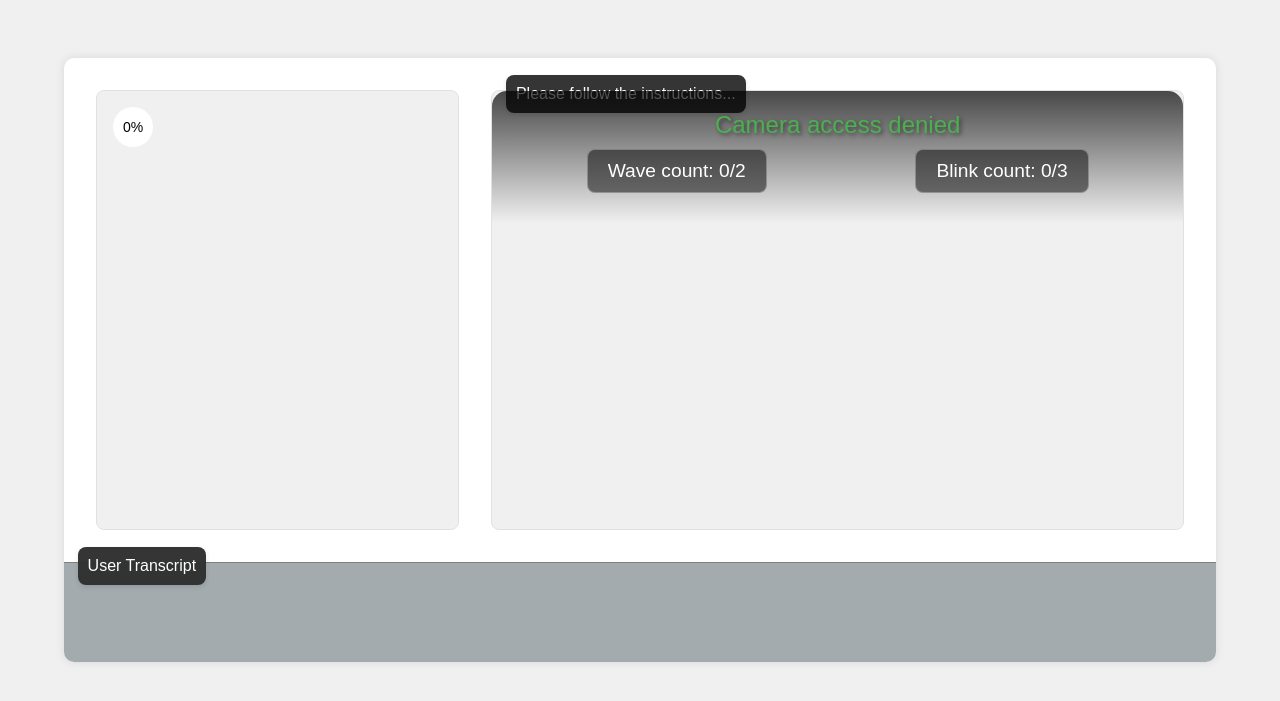
Repository: Ayaanns/E-kyc-BE-project
Page: http://localhost/
These files come from the project's save history. The page is drawn as it stood at one moment and after the next save; the edit follows.
The browser window is 1280 px wide. The pictures show the whole page.
The page is served by the project's application, run on Django 4.2 (manage.py). A made-up administrator, testuser (Test User, test@example.com), is signed in. Other server files are loaded and not shown.

Above is the page before, as saved 2025-03-02 02:14:07.

### templates/home.html
<!DOCTYPE html>
<html lang="en">
<head>
    {% load static %}
    <meta charset="UTF-8">
    <meta name="viewport" content="width=device-width, initial-scale=1.0">
    <link rel="stylesheet" href="{% static 'styles.css' %}">
    <style>
        .webcam-feed {
            position: relative;
            width: 100%;
            height: auto;
        }

        .webcam-feed video {
            width: 100%;
            height: auto;
            border-radius: 15px;
            object-fit: cover;
        }

        /* Overlay container for status indicators */
        .status-overlay {
            position: absolute;
            top: 0;
            left: 0;
            right: 0;
            z-index: 10;
            padding: 20px;
            background: linear-gradient(to bottom, rgba(0,0,0,0.7) 0%, transparent 100%);
            border-radius: 15px 15px 0 0;
        }

        .status-indicators {
            display: flex;
            justify-content: space-around;
            margin: 10px 0;
            font-size: 1.2em;
        }

        .status-box {
            background: rgba(0,0,0,0.5);
            padding: 10px 20px;
            border-radius: 8px;
            text-align: center;
            color: white;
            border: 1px solid rgba(255,255,255,0.3);
        }

        .verification-message {
            font-size: 1.5em;
            color: #4caf50;
            text-align: center;
            margin: 0 0 10px 0;
            text-shadow: 2px 2px 4px rgba(0,0,0,0.5);
        }

        .questions {
            position: absolute;
            /* bottom: 20px; */
            /* left: 0;
            right: 0; */
            text-align: center;
            color: white;
            background: rgba(48, 48, 48, 0.973);
            padding: 10px;
            margin: 0 20px;
            border-radius: 8px;
        }
    </style>
</head>
<body>
    <div class="container">
        <div class="content">
            <div class="result-feed">
                <div class="completion-circle" id="completion-circle">0%</div>
            </div>
            <div class="webcam-feed">
                <video id="webcam" autoplay></video>
                <div class="status-overlay">
                    <div class="verification-message" id="messageText">Starting verification...</div>
                    <div class="status-indicators">
                        <div class="status-box">
                            Wave count: <span id="waveCount">0</span>/2
                        </div>
                        <div class="status-box">
                            Blink count: <span id="blinkCount">0</span>/3
                        </div>
                    </div>
                </div>
                <canvas id="canvasElement" style="display:none;"></canvas>
                <div class="questions" id="questions">Please follow the instructions...</div>
            </div>
        </div>
        <div class="transcript-section">
            <span class="questions">User Transcript</span>
            <p id="transcript"></p>
        </div>
    </div>

    <script>
        // Existing initialization code
        const video = document.getElementById('webcam');
        const canvas = document.getElementById('canvasElement');
        const ctx = canvas.getContext('2d');
        let verificationComplete = false;

        // Initialize webcam with human verification
        async function initCamera() {
            try {
                const stream = await navigator.mediaDevices.getUserMedia({ video: true });
                video.srcObject = stream;
                startVerificationProcess();
            } catch (err) {
                console.error("Error accessing camera:", err);
                document.getElementById('messageText').textContent = "Camera access denied";
            }
        }

        // Process frames for verification
        function processFrame() {
            if (verificationComplete) return;

            if (video.readyState === video.HAVE_ENOUGH_DATA) {
                canvas.width = video.videoWidth;
                canvas.height = video.videoHeight;
                ctx.drawImage(video, 0, 0);

                const frameData = canvas.toDataURL('image/jpeg');

                // Update the fetch URL to match the Django URL pattern
                fetch('{% url "process_frame" %}', {
                    method: 'POST',
                    headers: {
                        'Content-Type': 'application/json',
                        'X-CSRFToken': getCookie('csrftoken')
                    },
                    body: JSON.stringify({
                        frame: frameData
                    })
                })
                .then(response => response.json())
                .then(data => {
                    updateVerificationUI(data);
                    if (!data.phase_complete) {
                        requestAnimationFrame(processFrame);
                    }
                })
                .catch(err => {
                    console.error("Error:", err);
                    requestAnimationFrame(processFrame);
                });
            } else {
                requestAnimationFrame(processFrame);
            }
        }

        // Update UI with verification status
        function updateVerificationUI(data) {
            document.getElementById('messageText').textContent = data.message;
            document.getElementById('waveCount').textContent = data.wave_count;
            document.getElementById('blinkCount').textContent = data.blink_count;

            // Calculate completion percentage
            const totalSteps = 5; // 2 waves + 3 blinks
            const completedSteps = data.wave_count + data.blink_count;
            const percentage = Math.round((completedSteps / totalSteps) * 100);
            updateProgressCircle(percentage);

            if (data.phase_complete) {
                verificationComplete = true;
                startNLPProcess();
            }
        }

        // Existing helper functions
        function updateProgressCircle(percentage) {
            const circle = document.getElementById('completion-circle');
            circle.textContent = percentage + '%';
            circle.style.background = `conic-gradient(#4caf50 ${percentage * 3.6}deg, #ddd ${percentage * 3.6}deg)`;
        }

        function updateTranscript(data) {
            const transcript = document.getElementById('transcript');
            transcript.textContent = `First Name: ${data.first_name}, Last Name: ${data.last_name}, Age: ${data.age}, Phone: ${data.phone}`;
        }

        function askQuestion(question) {
            const questionsDiv = document.getElementById('questions');
            questionsDiv.textContent = question;
        }

        function startVerificationProcess() {
            document.getElementById('messageText').textContent = "Wave your hand to begin";
            processFrame();
        }

        // Modified startNLPProcess
        function startNLPProcess() {
            document.getElementById('messageText').textContent = "Verification complete! Starting voice recognition...";
            fetch('/nlp_process/')
                .then(response => response.json())
                .then(data => {
                    if (data.status === 'success') {
                        updateTranscript(data);
                        askQuestion("NLP process complete.");
                    } else {
                        askQuestion("NLP process failed.");
                    }
                })
                .catch(error => console.error('Error:', error));
        }

        // Get CSRF token
        function getCookie(name) {
            let cookieValue = null;
            if (document.cookie && document.cookie !== '') {
                const cookies = document.cookie.split(';');
                for (let i = 0; i < cookies.length; i++) {
                    const cookie = cookies[i].trim();
                    if (cookie.substring(0, name.length + 1) === (name + '=')) {
                        cookieValue = decodeURIComponent(cookie.substring(name.length + 1));
                        break;
                    }
                }
            }
            return cookieValue;
        }

        // Start the process
        document.addEventListener('DOMContentLoaded', (event) => {
            initCamera();
        });
    </script>
</body>
</html>

### ekyc/models.py
from django.db import models
from django.contrib.auth.models import AbstractBaseUser, PermissionsMixin, BaseUserManager
from django.utils import timezone
import random

class CustomUserManager(BaseUserManager):
    def create_user(self, email, username, password=None, **extra_fields):
        if not email:
            raise ValueError("The Email field must be set")
        email = self.normalize_email(email)
        user = self.model(email=email, username=username, **extra_fields)
        user.set_password(password)
        user.save(using=self._db)
        return user

    def create_superuser(self, email, username, password=None, **extra_fields):
        #extra_fields.setdefault('is_staff', True)
        extra_fields.setdefault('is_superuser', True)

        # if not extra_fields.get('is_staff'):
        #     raise ValueError("Superuser must have is_staff=True.")
        if not extra_fields.get('is_superuser'):
            raise ValueError("Superuser must have is_superuser=True.")

        return self.create_user(email, username, password, **extra_fields)

class CustomUser(AbstractBaseUser, PermissionsMixin):
    email = models.EmailField(unique=True)
    username = models.CharField(max_length=150, unique=True)
    is_active = models.BooleanField(default=True)
    pin = models.CharField(max_length=6)
    created_at = models.DateTimeField(auto_now_add=True)
    expires_at = models.DateTimeField(default=timezone.now)
    is_verified = models.BooleanField(default=True)

    objects = CustomUserManager()

    USERNAME_FIELD = 'email'
    REQUIRED_FIELDS = ['username']

    def __str__(self):
        return self.email


    def generate_pin(self):
        self.pin = str(random.randint(100000, 999999))
        self.expires_at = timezone.now() + timezone.timedelta(minutes=2)
        self.save()
        return self.pin

    def verify_pin(self, entered_pin):
        if timezone.now() > self.expires_at:
            return False, "PIN has Expired!"

        if self.pin != entered_pin:
            return False, "Incorrect PIN!"

        self.is_verified = True
        self.save()
        return True, "Email Successfully Verified!"


#models for sending the code and receving the code.
# class SendCode(models.Model): #for sending the code
#     email = models.OneToOneField(CustomUser, null=True, on_delete=models.CASCADE)
#     send_code = models.CharField(max_length=20)
#
#     def __str__(self):
#         return self.send_code
#
# class ReceivedCode(models.Model): #for sending the code
#     email = models.OneToOneField(CustomUser, null=True, on_delete=models.CASCADE)
#     receive_code = models.CharField(max_length=20)
#
#     def __str__(self):
#         return self.receive_code

# Create your models here.
class KYCSession(models.Model):
    name = models.CharField(max_length=100)
    birth_date = models.DateField()
    id_card_image = models.ImageField(upload_to='id_cards/')
    liveness_score = models.FloatField()
    result = models.TextField()
    created_at = models.DateTimeField(auto_now_add=True)

    def __str__(self):
        return self.name

### ekyc/views.py
from django.shortcuts import render, redirect
from django.urls import reverse_lazy
from django.contrib.auth.decorators import login_required
from django.contrib.auth import login, authenticate, get_user_model
from django.contrib.messages.views import SuccessMessageMixin
from django.contrib.auth.views import LoginView
from django.contrib import messages
from django.core.mail import send_mail
from django.conf import settings
from django.http import JsonResponse
from django.views.decorators.csrf import csrf_exempt
import numpy as np
import cv2
import json
import base64

import threading

from .forms import CustomUserCreationForm, CustomAuthenticationForm, PinVerificationForm
from ekyc import logger
from .models import CustomUser
from .HumanV import HumanVerificationSystem
from .NLP import UserInfo, get_user_info
from .OCR import capture_image_with_guide, extract_text_with_confidence, extract_aadhar_details

User = get_user_model()

def send_verification_email(user):
    subject = "Email Verification PIN"
    message = f"""
    Hello {user.username},

    Your email verification PIN is: {user.pin}

    This PIN will expire in 24 hours.

    Thank you,
    Your Website Team
    """
    from_email = settings.DEFAULT_FROM_EMAIL
    recipient_list = [user.email]

    send_mail(subject, message, from_email, recipient_list)

@login_required
def ekyc_home(request):
    return render(request, 'home.html')

def signup_view(request):
    logger.info("into the signup page view")
    if request.method == 'POST':
        form = CustomUserCreationForm(request.POST)
        if form.is_valid():
            user = form.save(commit=False)
            user.is_active = True  # User needs to be active to log in
            user.is_verified = False  # But not verified yet
            user.generate_pin()
            user.save()

            # Send verification email
            send_verification_email(user)

            # Log in the user after signup
            raw_password = form.cleaned_data.get('password1')
            user = authenticate(email=user.email, password=raw_password)
            if user is not None:
                login(request, user)
                messages.success(request, f"Verification PIN sent to {user.email}.")
                return redirect('verify_pin')
    else:
        form = CustomUserCreationForm()
    return render(request, 'signup.html', {'form': form})

@login_required
def verify_pin(request):
    user = request.user

    if user.is_verified:
        messages.info(request, "Your email is already verified.")
        return redirect("ekyc_home")

    if request.method == "POST":
        form = PinVerificationForm(request.POST)
        if form.is_valid():
            entered_pin = form.cleaned_data.get('pin')
            success, message = user.verify_pin(entered_pin)

            if success:
                user.is_verified = True
                user.save()
                messages.success(request, message)
                return redirect('ekyc_home')
            else:
                messages.error(request, message)
    else:
        form = PinVerificationForm()

    return render(request, 'signup.html', {'form': form})

class Login(SuccessMessageMixin, LoginView):
    template_name = 'login.html'
    success_url = reverse_lazy('ekyc_home')
    success_message = "Successfully logged in!"
    form_class = CustomAuthenticationForm

    def get_success_url(self):
        return self.success_url

    def form_valid(self, form):
        """Security check complete. Log the user in."""
        user = form.get_user()
        if not user.is_verified:
            messages.error(self.request, "Please verify your email before logging in.")
            login(self.request, user)
            return redirect('verify_pin')
        return super().form_valid(form)

#--MAIN FEATURS HERE ---------------------------------
@login_required
def process_video(request):
    logger.info("INTO THE process_video PAGE RIGHT NOW!")
    if request.method == "POST":
        video_feed = request.FILES.get('video')
        liveness_score = 0.95
        return JsonResponse({'liveness_score': liveness_score})
    return JsonResponse({'error': 'invalide request'})


@login_required
def process_id_card(request):
    logger.info("INTO THE process_id_card PAGE RIGHT NOW!")
    if request.method == "POST":
        id_image = request.FILES.get('id_image')
        result = "Valid ID"
        return JsonResponse({'result': result})
    return JsonResponse({'error': 'invalide request'})

def home(request):
    return render(request, 'home.html')

@login_required
def human_verification(request):
    """Handle both GET (initial page load) and POST (frame processing) requests"""
    if request.method == 'GET':
        return render(request, 'human_verification.html')

    elif request.method == 'POST':
        try:
            data = json.loads(request.body)
            frame_data = data.get('frame')

            if not frame_data:
                return JsonResponse({
                    'status': 'error',
                    'message': 'No frame data provided'
                })

            # Process the frame using verifier
            frame_bytes = base64.b64decode(frame_data.split(',')[1])
            frame_arr = np.frombuffer(frame_bytes, np.uint8)
            frame = cv2.imdecode(frame_arr, cv2.IMREAD_COLOR)

            result = verifier.verify_frame(frame)
            return JsonResponse(result)

        except Exception as e:
            logger.error(f"Error in human verification: {str(e)}")
            return JsonResponse({
                'status': 'error',
                'message': str(e)
            })

    return JsonResponse({
        'status': 'error',
        'message': 'Invalid request method'
    })

def nlp_process(request):
    user_info = UserInfo()
    stop_event = threading.Event()
    info_thread = threading.Thread(target=get_user_info, args=(stop_event, user_info))
    info_thread.start()
    info_thread.join()
    return JsonResponse({
        'status': 'success',
        'first_name': user_info.first_name,
        'last_name': user_info.last_name,
        'age': user_info.age,
        'phone': user_info.phone
    })

def ocr_process(request):
    image_path = capture_image_with_guide()
    if not image_path:
        return JsonResponse({'status': 'failure', 'message': 'Image capture failed.'})

    text_results = extract_text_with_confidence(image_path)
    if not text_results:
        return JsonResponse({'status': 'failure', 'message': 'No text could be extracted from the image.'})

    details = extract_aadhar_details(text_results)
    return JsonResponse(details)

verifier = HumanVerificationSystem()

@csrf_exempt
def process_frame(request):
    if request.method != 'POST':
        return JsonResponse({'error': 'Only POST requests are allowed'})

    try:
        data = json.loads(request.body)
        frame_data = data.get('frame')

        if not frame_data:
            return JsonResponse({'error': 'No frame data provided'})

        # Convert base64 to frame
        frame_bytes = base64.b64decode(frame_data.split(',')[1])
        frame_arr = np.frombuffer(frame_bytes, np.uint8)
        frame = cv2.imdecode(frame_arr, cv2.IMREAD_COLOR)

        # Process frame
        result = verifier.verify_frame(frame)
        return JsonResponse(result)

    except Exception as e:
        return JsonResponse({'error': str(e)})

@csrf_exempt
def capture_photo(request):
    if request.method != 'POST':
        return JsonResponse({'error': 'Only POST requests are allowed'})

    try:
        data = json.loads(request.body)
        frame_data = data.get('frame')

        if not frame_data:
            return JsonResponse({'error': 'No frame data provided'})

        # Convert base64 to frame
        frame_bytes = base64.b64decode(frame_data.split(',')[1])
        frame_arr = np.frombuffer(frame_bytes, np.uint8)
        frame = cv2.imdecode(frame_arr, cv2.IMREAD_COLOR)

        # Save photo
        filename = verifier.save_photo(frame)
        if filename:
            return JsonResponse({'success': True, 'filename': filename})
        else:
            return JsonResponse({'error': 'Failed to save photo'})

    except Exception as e:
        return JsonResponse({'error': str(e)})

### ekyc_project/urls.py
"""
URL configuration for ekyc_project project.

The `urlpatterns` list routes URLs to views. For more information please see:
    https://docs.djangoproject.com/en/4.2/topics/http/urls/
Examples:
Function views
    1. Add an import:  from my_app import views
    2. Add a URL to urlpatterns:  path('', views.home, name='home')
Class-based views
    1. Add an import:  from other_app.views import Home
    2. Add a URL to urlpatterns:  path('', Home.as_view(), name='home')
Including another URLconf
    1. Import the include() function: from django.urls import include, path
    2. Add a URL to urlpatterns:  path('blog/', include('blog.urls'))
"""

from django.contrib import admin
from django.urls import path, include

urlpatterns = [
    path("admin/", admin.site.urls),
    path('', include('ekyc.urls')),  # Include ekyc app URLs
]

### ekyc/urls.py
from django.urls import path
from . import views

urlpatterns = [
    path('', views.ekyc_home, name="ekyc_home"),
    path('process_video/', views.process_video, name="process_video"),
    path('process_id_card/', views.process_id_card, name="process_id_card"),
    path('human_verification/', views.human_verification, name='human_verification'),
    path('nlp_process/', views.nlp_process, name='nlp_process'),
    path('ocr_process/', views.ocr_process, name='ocr_process'),
    path('process_frame/', views.process_frame, name='process_frame'),
    path('capture_photo/', views.capture_photo, name='capture_photo'),

    #login related routes
    path('login/', views.Login.as_view(), name="login"),
    path('signup/', views.signup_view, name="signup"),
    path('verify/', views.verify_pin, name="verify_pin"),
]

### ekyc/static/styles.css
* {
    margin: 0;
    padding: 0;
    box-sizing: border-box;
}

body {
    font-family: Arial, sans-serif;
    background-color: #f0f0f0;
    height: 100vh;
    display: flex;
    justify-content: center;
    align-items: center;
}

.container {
    width: 90%;
    max-width: 1200px;
    background: white;
    border-radius: 10px;
    box-shadow: 0 0 10px rgba(0,0,0,0.1);
    overflow: hidden;
}

.navbar {
    background: #f8f9fa;
    padding: 1rem;
    border-bottom: 1px solid #dee2e6;
}

.content {
    display: flex;
    padding: 2rem;
    gap: 2rem;
    height: 70vh;
}

.webcam-feed {
    flex: 2;
    background: #f0f0f0;
    border-radius: 8px;
    padding: 1rem;
    position: relative;
    border: 1px solid#dee2e6;
}

.result-feed {
    flex: 1;
    background: #f0f0f0;
    border-radius: 8px;
    padding: 1rem;
    border: 1px solid#dee2e6;
}

.questions {
    top: -1em;
    left: -.4em;
    position: absolute;
    background: white;
    padding: 0.5rem 1rem;
    border-radius: 20px;
    box-shadow: 0 2px 5px rgba(0,0,0,0.1);
}

.transcript-section {
    border-top: 1px solid gray;
    position: relative;
    text-align: left;
    background-color:#a3abaf;
    padding: 2em;
    height: 100px;
}

.completion-circle {
    right: 20px;
    bottom: 20px;
    width: 40px;
    height: 40px;
    border-radius: 50%;
    background: white;
    display: flex;
    align-items: center;
    justify-content: center;
    font-size: 14px;
}

/* Placeholder circles for demo */
/*
.circle {
    width: 100px;
    height: 100px;
    border-radius: 50%;
    border: 2px solid #dee2e6;
    margin: 20px auto;
}

.eye-shape {
    width: 200px;
    height: 100px;
    border-radius: 0 0 100px 100px;
    border: 2px solid #dee2e6;
    margin: 20px auto;
    transform: rotate(180deg);
}
*/

After the next save:
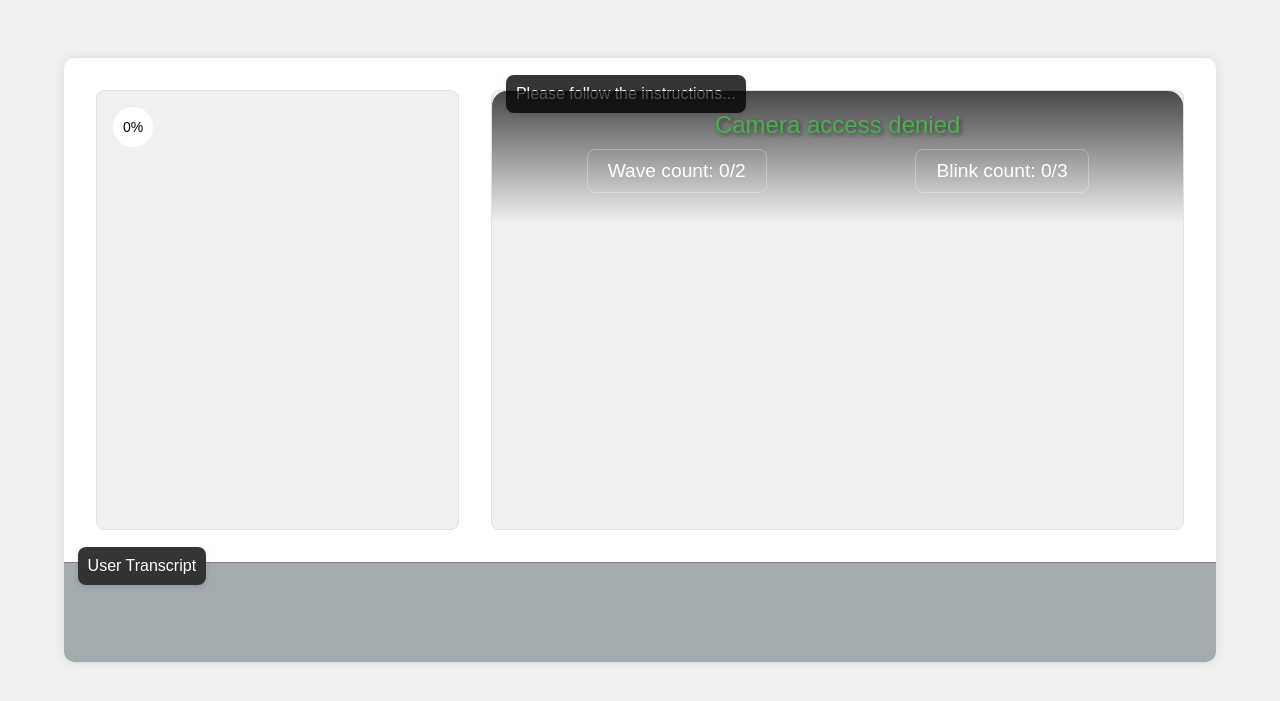
Saved 16 s later.
--- a/templates/home.html
+++ b/templates/home.html
@@ -39,7 +39,7 @@
         }
 
         .status-box {
-            background: rgba(0,0,0,0.5);
+            /* background: rgba(0,0,0,0.5); */
             padding: 10px 20px;
             border-radius: 8px;
             text-align: center;
